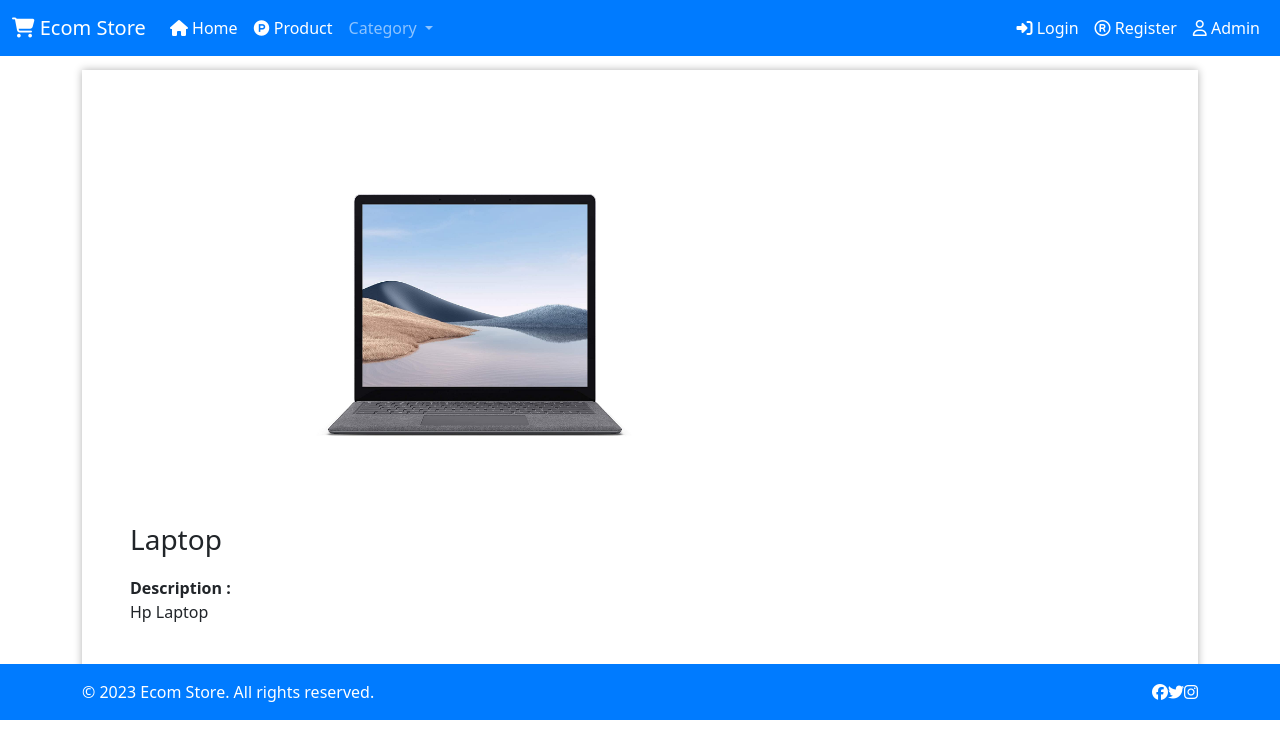
Repository: Deva-bot/EcomProject
Page: http://localhost/viewProduct
The author's editor kept a copy of each file at every save. The page is drawn from the files as they stood at one save, then again after the next save.
The browser window is 1280 px wide. The pictures show the whole page.
The page is this project's Thymeleaf template; nobody is signed in. The template is opened directly, without the code that normally fills it, so the values that code supplies are empty.

Above is the page before, as saved 2024-07-13 03:47:29.

### Shopping_Cart/src/main/resources/templates/viewProduct.html
<!DOCTYPE html>
<html lang="en" xmlns:th="http://www.thymeleaf.org" th:replace="base::layout(~{::section})">

<head>
	<meta charset="utf-8">
	<title>Shopping Cart</title>
</head>

<body>
	<section th:fragment="content">
		<div class="container card-sh" style="margin-top : 70px">
			<div class="row">
				<div class="col-md-12 p-5">
					<div class="col-md-6 text-end">
						<img alt="laptop" src="/img/product_img/laptop.jpg" width="330px" height="400px">
					</div>
					<div class="col-md-6"></div>
					<p class="fs-3">Laptop</p>
					<p>
						<span class="fw-bold">Description : </span><br>Hp Laptop
					</p>
				</div>
			</div>
		</div>
	</section>
</body>

</html>

### Shopping_Cart/src/main/resources/templates/base.html
<!DOCTYPE html>
<html lang="en" xmlns:th="http://www.thymeleaf.org" th:fragment="layout(content)">

<head>
	<meta charset="ISO-8859-1">
	<title>Ecom Store</title>
	<!-- Bootstrap link-->
	<link href="https://cdn.jsdelivr.net/npm/bootstrap@5.3.3/dist/css/bootstrap.min.css" rel="stylesheet"
		integrity="sha384-QWTKZyjpPEjISv5WaRU9OFeRpok6YctnYmDr5pNlyT2bRjXh0JMhjY6hW+ALEwIH" crossorigin="anonymous">

	<!-- Font Awesome link-->
	<link rel="stylesheet" href="https://cdnjs.cloudflare.com/ajax/libs/font-awesome/6.5.2/css/all.min.css"
		integrity="sha512-SnH5WK+bZxgPHs44uWIX+LLJAJ9/2PkPKZ5QiAj6Ta86w+fsb2TkcmfRyVX3pBnMFcV7oQPJkl9QevSCWr3W6A=="
		crossorigin="anonymous" referrerpolicy="no-referrer" />

		<link rel="stylesheet" href="/css/style.css">

	<style>
		.bg-ecom {
			background-color: #007bff !important;
		}
	</style>
</head>

<body>
	<!-- Navbar start-->
	<nav class="navbar navbar-expand-lg bg-ecom fixed-top navbar-dark">
		<div class="container-fluid">
			<a class="navbar-brand" href="/"><i class="fa-solid fa-cart-shopping"></i> Ecom Store</a>
			<button class="navbar-toggler" type="button" data-bs-toggle="collapse"
				data-bs-target="#navbarSupportedContent" aria-controls="navbarSupportedContent" aria-expanded="false"
				aria-label="Toggle navigation">
				<span class="navbar-toggler-icon"></span>
			</button>
			<div class="collapse navbar-collapse" id="navbarSupportedContent">
				<ul class="navbar-nav me-auto mb-2 mb-lg-0">
					<li class="nav-item">
						<a class="nav-link active" aria-current="page" href="/"><i class="fa-solid fa-house"></i>
							Home</a>
					</li>
					<li class="nav-item">
						<a class="nav-link active" aria-current="page" href="/products"><i
								class="fa-brands fa-product-hunt"></i> Product</a>
					</li>
					<li class="nav-item dropdown">
						<a class="nav-link dropdown-toggle" href="#" role="button" data-bs-toggle="dropdown"
							aria-expanded="false">
							Category
						</a>
					</li>
				</ul>
				<ul class="navbar-nav ms-auto mb-2 mb-lg-0">
					<li class="nav-item">
						<a class="nav-link active" aria-current="page" href="/login"><i
								class="fa-solid fa-right-to-bracket"></i> Login</a>
					</li>
					<li class="nav-item">
						<a class="nav-link active" aria-current="page" href="/register"><i
								class="fa-regular fa-registered"></i>
							Register</a>
					</li>
					<li class="nav-item">
						<a class="nav-link active" aria-current="page" href="#"><i class="fa-regular fa-user"></i>
							Admin</a>
					</li>
				</ul>
			</div>
		</div>
	</nav>
	<!-- Navbar end-->

	<div class="container mt-5 mb-5">
		<div th:replace="~{::content}"></div>
	</div>

	<!--Start Footer-->
	<footer class="container-fluid bg-ecom text-white py-3 fixed-bottom">
		<div class="container d-flex justify-content-between align-items-center">
			<p class="mb-0">&copy; 2023 Ecom Store. All rights reserved.</p>
			<ul class="list-unstyled d-flex mb-0">
				<li><a href="#" class="text-white mr-3"><i class="fab fa-facebook"></i></a></li>
				<li><a href="#" class="text-white mr-3"><i class="fab fa-twitter"></i></a></li>
				<li><a href="#" class="text-white mr-3"><i class="fab fa-instagram"></i></a></li>
			</ul>
		</div>
	</footer>
	<!--End Footer-->

	<script src="https://cdn.jsdelivr.net/npm/bootstrap@5.3.3/dist/js/bootstrap.bundle.min.js"
		integrity="sha384-YvpcrYf0tY3lHB60NNkmXc5s9fDVZLESaAA55NDzOxhy9GkcIdslK1eN7N6jIeHz" crossorigin="anonymous">
		</script>
</body>

</html>

### Shopping_Cart/src/main/resources/static/css/style.css
@charset "ISO-8859-1";

.card-sh {
	box-shadow: 0 0 8px 0 rgba(0, 0, 0, 0.3);
}

.cat-div{
	box-shadow: 0 0 10px rgba(0, 0, 0, .1);
}

After the next save:
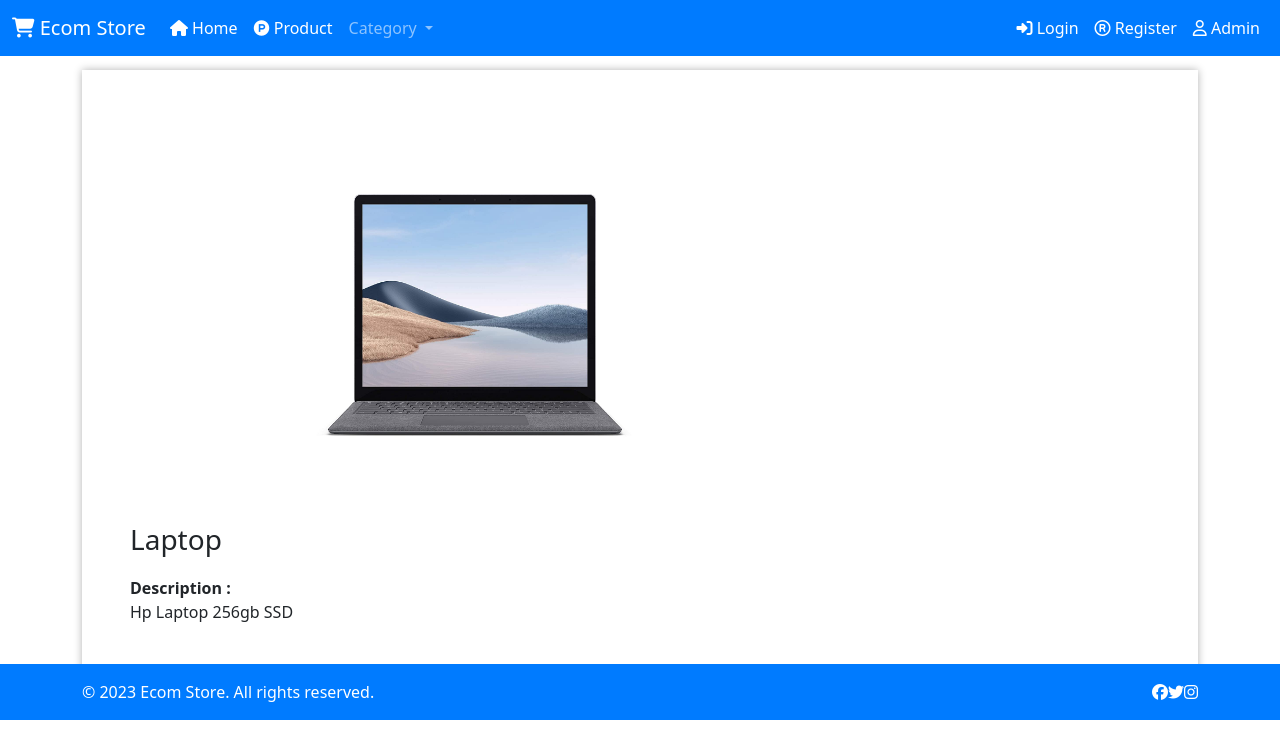
Saved 16 s later.
--- a/Shopping_Cart/src/main/resources/templates/viewProduct.html
+++ b/Shopping_Cart/src/main/resources/templates/viewProduct.html
@@ -17,7 +17,7 @@
 					<div class="col-md-6"></div>
 					<p class="fs-3">Laptop</p>
 					<p>
-						<span class="fw-bold">Description : </span><br>Hp Laptop
+						<span class="fw-bold">Description : </span><br>Hp Laptop 256gb SSD
 					</p>
 				</div>
 			</div>
